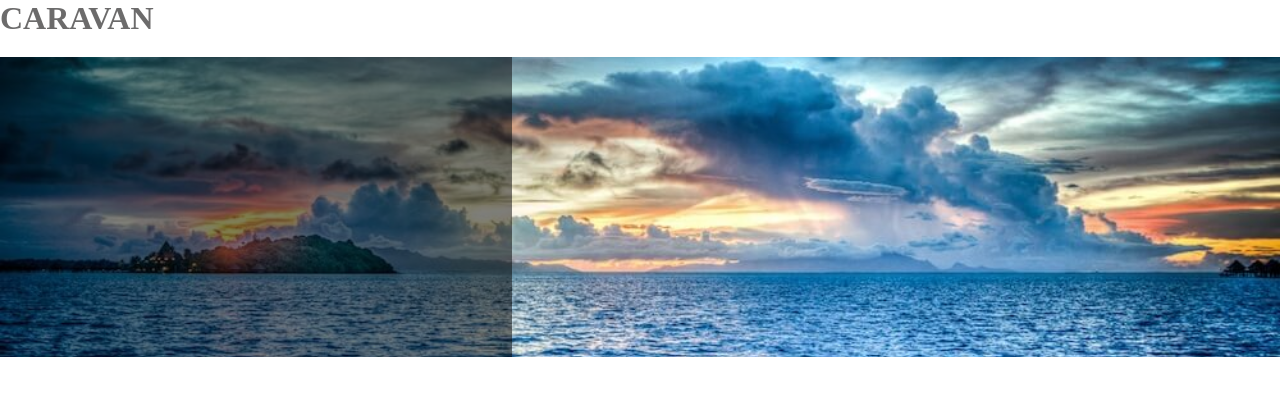
Repository: cacaobucks/git-practice
Page: caravan/index.html
The author's editor kept a record of every edit. The page is drawn from the files as they stood at one moment, then again after the next edit.
The browser window is 1280 px wide. The pictures show the whole page.

Above is the page before.

After the next edit:
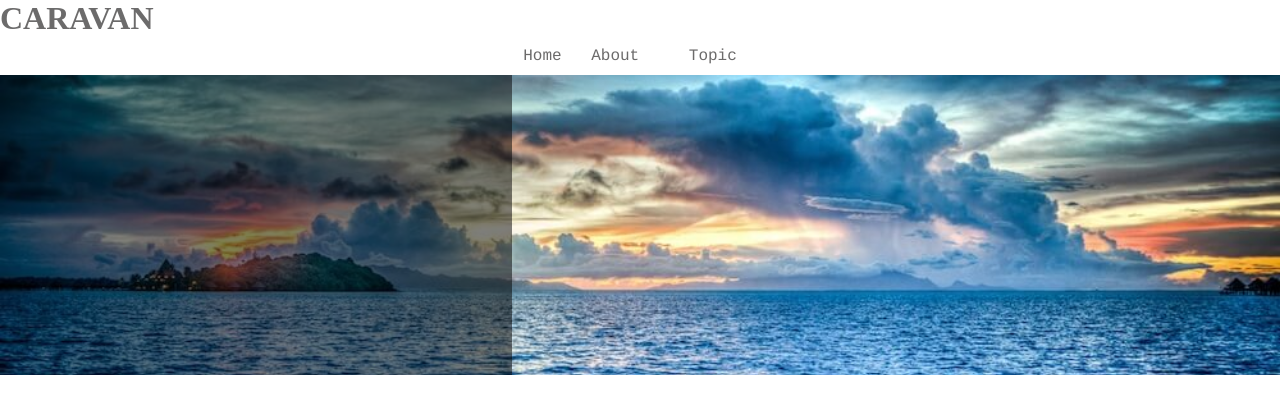
The edit:
--- a/caravan/index.html
+++ b/caravan/index.html
@@ -15,9 +15,15 @@
      </h1>
 
  <!-- navigation -->
-     <nav>
-       <ul class="nav-list"></ul>
-     </nav>
+    <nav>
+      <ul class="nav-list"
+        <li class="nav-list-item">
+          <a href="index.html">Home</a>
+        </li>
+        <li class="nav-list-item">About</li>
+        <li class="nav-list-item">Topic</li>
+      </ul>
+    </nav>
 
     <!-- main-visual用のdiv -->
     <div class="main-visual">
